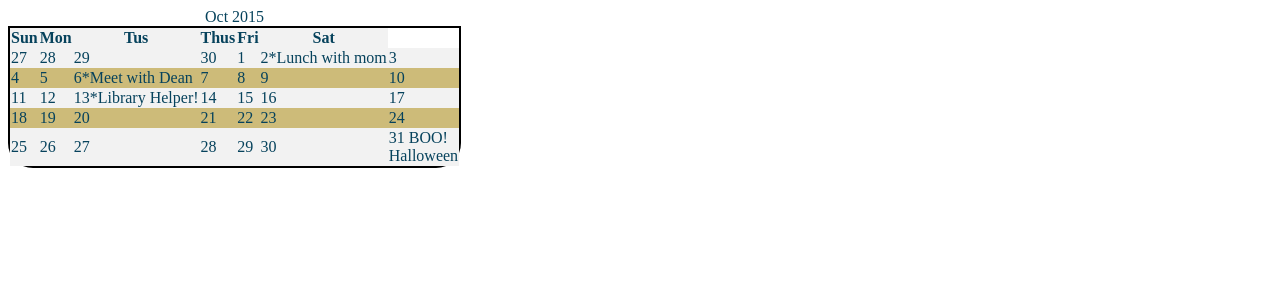
Repository: Tram-anh99/Blockchain_Funix
Page: CSS/lich.html
These files come from the project's save history. The page is drawn as it stood at one moment and after the next save; the edit follows.
The browser window is 1280 px wide. The pictures show the whole page.

Above is the page before, as saved 2023-02-28 01:38:37.

### CSS/lich.html
<!DOCTYPE html>
<html lang="en">
<head>
      <meta charset="UTF-8">
      <meta http-equiv="X-UA-Compatible" content="IE=edge">
      <meta name="viewport" content="width=device-width, initial-scale=1.0">
      <title>Calendar Table</title>
      <link rel="stylesheet" href="lich.css">
</head>
<body>
      <table class="cal"><caption>
            Oct 2015
      </caption>
      <!-- in đậm dòng -->
<thead>
      <!-- Dòng -->
      <tr>
            <th>Sun</th>
            <th>Mon</th>
            <th>Tus</th>
            <th>Thus</th>
            <th>Fri</th>
            <th>Sat</th>
      </tr>
</thead>
<!-- Phần thân -->
<tbody>
      <!-- Dòng -->
      <tr>
            <td class="old">27</td>
            <td class="old">28</td>
            <td class="old">29</td>
            <td class="old">30</td>
            <td>1</td>
            <td>2*<span>Lunch with mom</span></td>
            <td>3</td>
      </tr>
      <tr>
            <td>4</td>
            <td>5</td>
            <td>6*<span>Meet with Dean</span></td>
            <td>7</td>
            <td>8</td>
            <td>9</td>
            <td>10</td>
      </tr>
      <tr>
            <td>11</td>
            <td>12</td>
            <td>13*<span>Library Helper!</span></td>
            <td>14</td>
            <td>15</td>
            <td>16</td>
            <td>17</td>
      </tr>
      <tr>
            <td>18</td>
            <td>19</td>
            <td>20</td>
            <td>21</td>
            <td>22</td>
            <td>23</td>
            <td>24</td>
      </tr>
      <tr>
            <td>25</td>
            <td>26</td>
            <td>27</td>
            <td>28</td>
            <td>29</td>
            <td>30</td>
            <td class="holiday">31 <span>BOO! <br/>Halloween
            </span></td>
      </tr>

</tbody>
</table>
</body>
</html>

### CSS/lich.css
.cal {
      color: #06425C;
      border-spacing: 0;
      border: 2px solid black;
      -webkit-border-radius: 25px 25px 0 0;
      border-radius: 0 0 25px 25px;
}
tr:nth-child(odd) {
	background: #F2F2F2;
}
tr:nth-child(even) {
	background: #CDBB79;
}

After the next save:
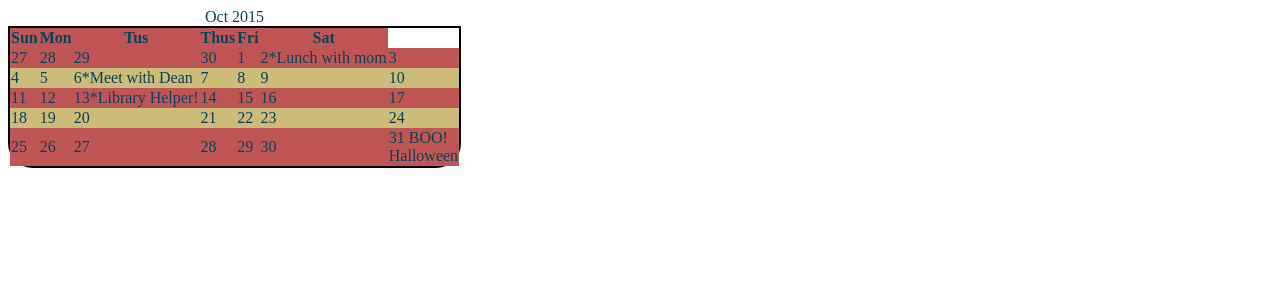
Saved 15 s later.
--- a/CSS/lich.css
+++ b/CSS/lich.css
@@ -6,7 +6,7 @@
       border-radius: 0 0 25px 25px;
 }
 tr:nth-child(odd) {
-	background: #F2F2F2;
+	background: #c05555;
 }
 tr:nth-child(even) {
 	background: #CDBB79;
